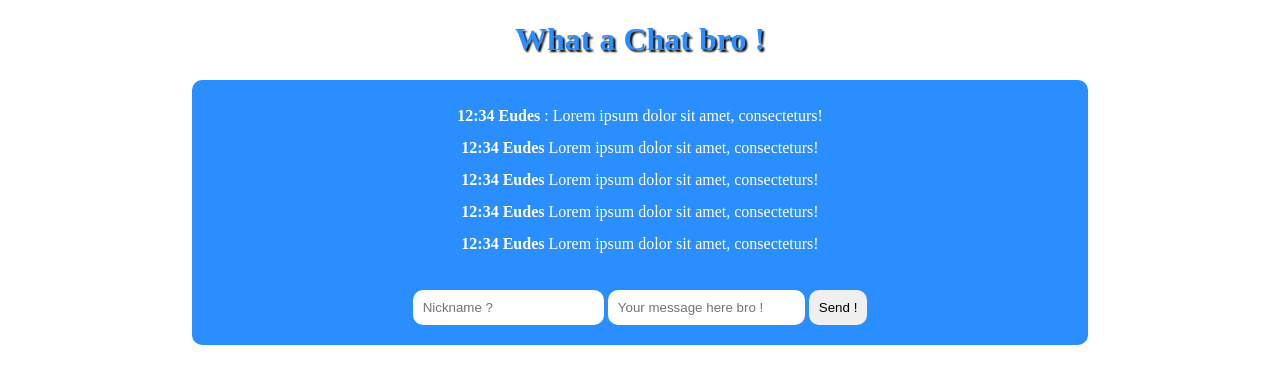
Repository: Djitzu/Chat-en-ajax
Page: index.html
The author's editor kept a record of every edit. The page is drawn from the files as they stood at one moment, then again after the next edit.
The browser window is 1280 px wide. The pictures show the whole page.

Above is the page before.
Console error (its wording comes from the project's code and is left out).

After the next edit:
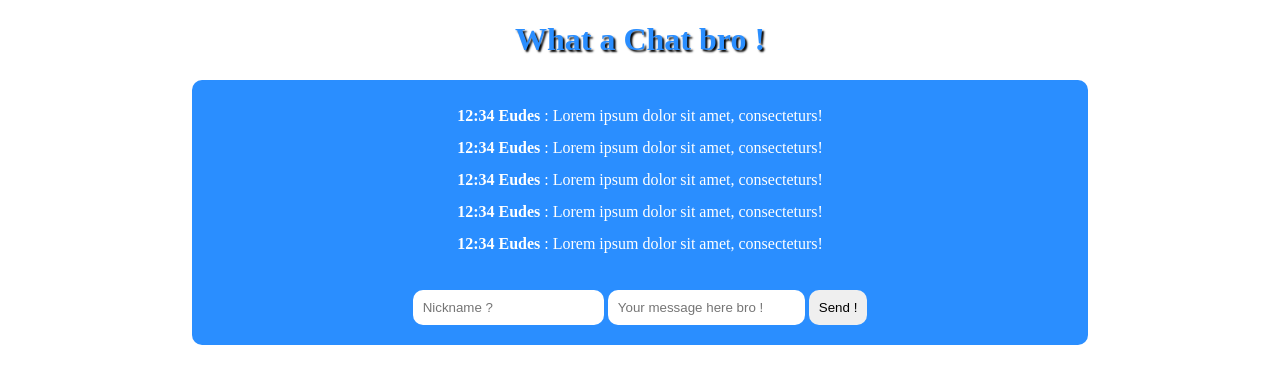
The edit:
--- a/index.html
+++ b/index.html
@@ -20,27 +20,24 @@
                 <span class="content">Lorem ipsum dolor sit amet, consecteturs!</span>
             </div>
 
-            <div class="message">
+ <div class="message">
                 <span class="date">12:34</span>
-                <span class="author">Eudes</span>
+                <span class="author">Eudes</span> :
                 <span class="content">Lorem ipsum dolor sit amet, consecteturs!</span>
             </div>
-
-            <div class="message">
+             <div class="message">
                 <span class="date">12:34</span>
-                <span class="author">Eudes</span>
+                <span class="author">Eudes</span> :
                 <span class="content">Lorem ipsum dolor sit amet, consecteturs!</span>
             </div>
-
-            <div class="message">
+             <div class="message">
                 <span class="date">12:34</span>
-                <span class="author">Eudes</span>
+                <span class="author">Eudes</span> :
                 <span class="content">Lorem ipsum dolor sit amet, consecteturs!</span>
             </div>
-
-            <div class="message">
+             <div class="message">
                 <span class="date">12:34</span>
-                <span class="author">Eudes</span>
+                <span class="author">Eudes</span> :
                 <span class="content">Lorem ipsum dolor sit amet, consecteturs!</span>
             </div>
         </div>
